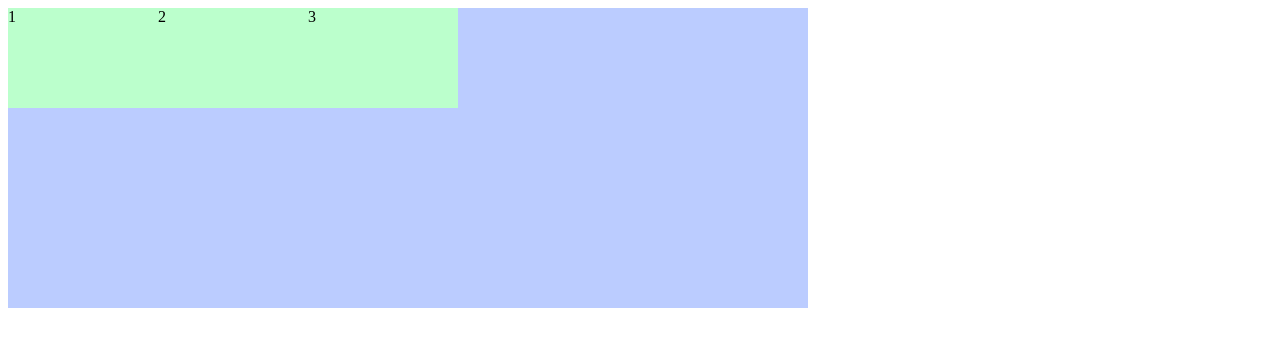
Repository: liutian97/learn1
Page: 移动端web开发/代码/2. Flex 伸缩布局/02-flex主轴方向.html
An editor plug-in stored every save of this project. The page is shown before and after the next save, followed by the edit.
The browser window is 1280 px wide. The pictures show the whole page.

Above is the page before, as saved 2022-07-02 16:35:04.

After the next save:
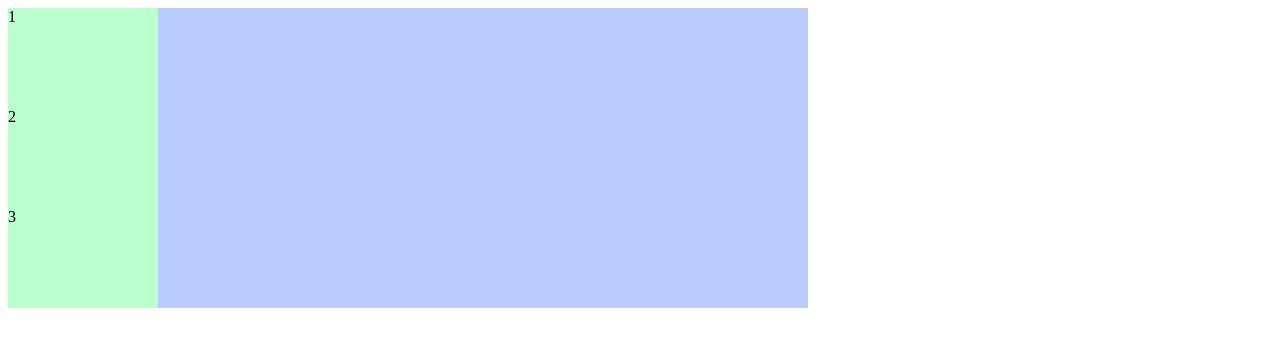
Saved 4 s later.
--- a/移动端web开发/代码/2. Flex 伸缩布局/02-flex主轴方向.html
+++ b/移动端web开发/代码/2. Flex 伸缩布局/02-flex主轴方向.html
@@ -17,7 +17,7 @@
       /* flex-direction: row; */
       /* 翻转  */
       /* flex-direction: row-reverse; */
-      flex-direction: cl;
+      flex-direction: column;
     }
 
     div span {
